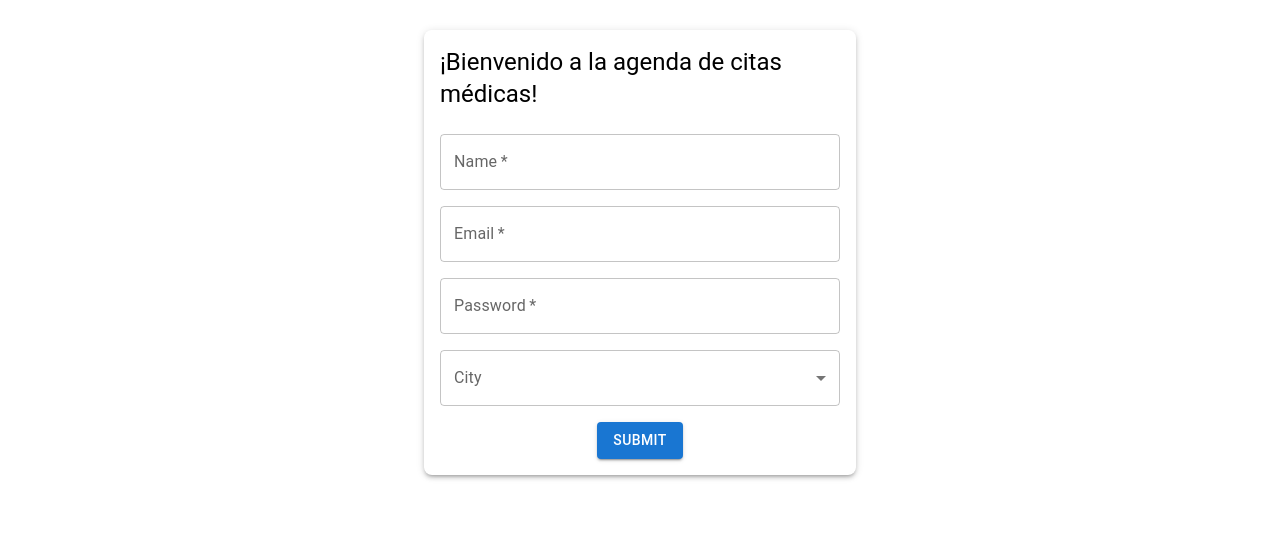
Repository: nicoleabaddd/FormReactJs
Page: /
These files come from the project's save history. The page is drawn as it stood at one moment and after the next save; the edit follows.
The browser window is 1280 px wide. The pictures show the whole page.
The project was rebuilt for these pictures with package versions that can differ from the ones it lists, and the page was loaded fresh each time. Also part of the build but not shown: src/App.css.

Above is the page before, as saved 2024-07-15 00:55:34.

### src/App.js
import './App.css';
import { Box } from '@mui/material';
import FormPages from "./pages/formPages";

const App = () => {
  return (
    <div>
      <FormPages />
    </div>
  );
};

export default App;

### src/pages/formPages.jsx
import { Box } from "@mui/material";
import React from "react";
import Forms from "../components/formulario";

const FormPages=()=> {
    return (
        <Box sx={{marginTop: "30px"}}> <Forms/></Box>
    )
};

export default FormPages;

### src/components/formulario.jsx
import React, { useState } from "react";
import {
    TextField,
    Button,
    Box,
    Typography,
    Dialog,
    DialogActions,
    DialogContent,
    DialogContentText,
    DialogTitle,
    MenuItem,
    Select,
    InputLabel,
    FormControl
  } from "@mui/material";

  const cities = [
    { name: "Quito", value: "Quito" },
    { name: "Guayaquil", value: "Guayaquil" },
    { name: "Cuenca", value: "Cuenca" },
    { name: "Santo Domingo", value: "Santo Domingo" },
    { name: "Machala", value: "Machala" },
    { name: "Durán", value: "Durán" },
    { name: "Manta", value: "Manta" },
    { name: "Portoviejo", value: "Portoviejo" },
    { name: "Ambato", value: "Ambato" },
    { name: "Riobamba", value: "Riobamba" }
  ];

  const Forms = () => {
    const [formData, setFormData] = useState({
      name: "",
      email: "",
      password: "",
      city: ""
    });
    const [open, setOpen] = useState(false);

    const handleChange = (e) => {
      const { name, value } = e.target;
      setFormData((prevData) => ({
        ...prevData,
        [name]: value
      }));
    };

    const handleSubmit = (e) => {
      e.preventDefault();
      console.log(formData);
      setOpen(true);  // Abre el diálogo cuando el formulario se envía
    };

    const handleClose = () => {
      setOpen(false);  // Cierra el diálogo
    };

    return (
      <Box
        component="form"
        onSubmit={handleSubmit}
        sx={{
          display: "flex",
          flexDirection: "column",
          alignItems: "center",
          gap: 2,
          maxWidth: 400,
          margin: "auto",
          padding: 2,
          boxShadow: 3,
          borderRadius: 2
        }}
      >
        <Typography variant="h5" component="h1" gutterBottom>
          ¡Bienvenido a la agenda de citas médicas!
        </Typography>
        <TextField
          label="Name"
          name="name"
          value={formData.name}
          onChange={handleChange}
          fullWidth
          required
        />
        <TextField
          label="Email"
          name="email"
          value={formData.email}
          onChange={handleChange}
          fullWidth
          required
          type="email"
        />
        <TextField
          label="Password"
          name="password"
          value={formData.password}
          onChange={handleChange}
          fullWidth
          required
          type="password"
        />
        <FormControl fullWidth>
          <InputLabel id="city-label">City</InputLabel>
          <Select
            labelId="city-label"
            name="city"
            value={formData.city}
            onChange={handleChange}
            label="City"
            fullWidth
            required
          >
            {cities.map((city, index) => (
              <MenuItem key={index} value={city.value}>
                {city.name}
              </MenuItem>
            ))}
          </Select>
        </FormControl>
        <Button variant="contained" color="primary" type="submit">
          Submit
        </Button>

        <Dialog open={open} onClose={handleClose}>
          <DialogTitle>{"Cita agendada"}</DialogTitle>
          <DialogContent>
            <DialogContentText>
              ¡Tu cita ha sido agendada exitosamente!
            </DialogContentText>
          </DialogContent>
          <DialogActions>
            <Button onClick={handleClose} color="primary" autoFocus>
              Close
            </Button>
          </DialogActions>
        </Dialog>
      </Box>
    );
  };

export default Forms;

Loaded but not shown: public/index.html (common file); src/index.js (common file); src/index.css (common file); src/reportWebVitals.js (common file)

After the next save:
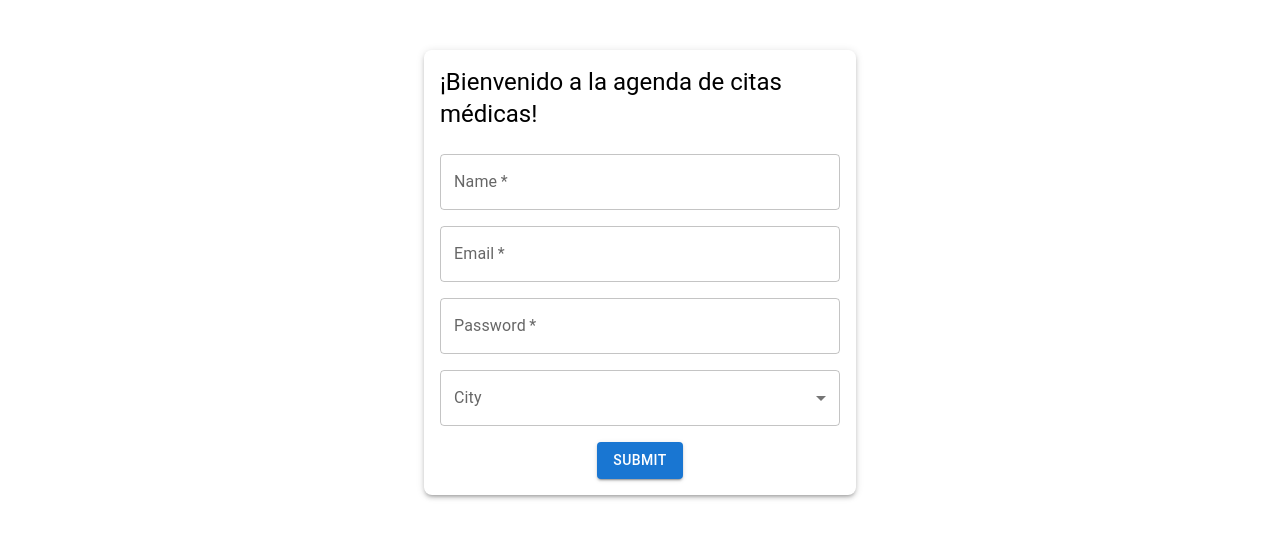
Saved 17 s later.
--- a/src/pages/formPages.jsx
+++ b/src/pages/formPages.jsx
@@ -4,7 +4,7 @@ import Forms from "../components/formulario";
 
 const FormPages=()=> {
     return (
-        <Box sx={{marginTop: "30px"}}> <Forms/></Box>
+        <Box sx={{marginTop: "50px"}}> <Forms/></Box>
     )
 };
 
